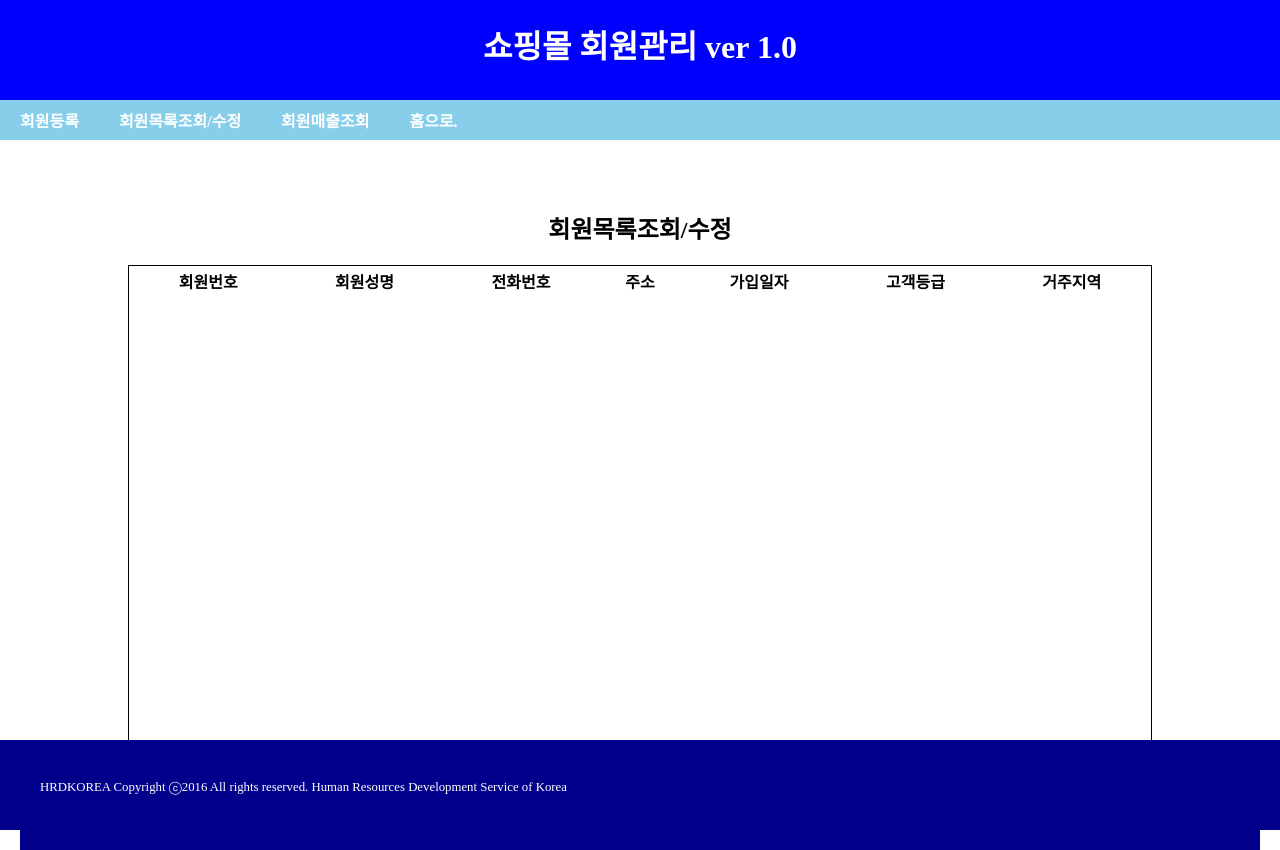
Repository: GotChun/DH_JSP
Page: http://localhost/HRD_1234/memberInfo.jsp
The author's editor kept a copy of each file at every save. The page is drawn from the files as they stood at one save, then again after the next save.
The browser window is 1280 px wide. The pictures show the whole page.
The page is served by Tomcat 9. Other server files are loaded and not shown.

Above is the page before, as saved 2024-10-25 02:15:21.

### hrdkorea/HRD_1234/src/main/webapp/memberInfo.jsp
<%@ page language="java" contentType="text/html; charset=UTF-8"
    pageEncoding="UTF-8"%>
<!DOCTYPE html>
<html>
<head>
<meta charset="UTF-8">
<title>Insert title here</title>
<style>
	body{margin:0;padding:0;}

	section{height:calc(100vh - 170px);}
</style>
</head>

<body>

<div class="wrapper">
	<%@ include file="layout/header.jsp" %>
	<section>
		<table style="width:80vw;height:500px;margin:50px auto;border:1px solid;">
			<caption><h2>회원목록조회/수정</h2></caption>
				<thead>
				<tr>
					<th>회원번호</th>
					<th>회원성명</th>
					<th>전화번호</th>
					<th>주소</th>
					<th>가입일자</th>
					<th>고객등급</th>
					<th>거주지역</th>
				</tr>
				</thead>
				<tbody></tbody>

		</table>
	</section>

	<footer>
	<%@ include file="layout/footer.jsp" %>

	</footer>
</div>


</body>
</html>

### hrdkorea/HRD_1234/src/main/webapp/layout/header.jsp
<%@ page language="java" contentType="text/html; charset=UTF-8"
	pageEncoding="UTF-8"%>
<style>
header {
	height: 100px;
	background-color: blue;
	color: white;
	display:flex;
	justify-content:center;
	text-align:center;
}
nav{height:40px;
	background-color:skyblue;}
nav>ul{
height:100%;
	list-style:none;margin:0;padding:0;
	display:flex;
	justify-content:left;
	align-items:center;}
nav>ul>li{padding:0 20px;}
nav>ul>li>a{
	display:block;
	text-decoration:none;
	color:white;
	font-weight:600;}

</style>


<header>
	<h1>쇼핑몰 회원관리 ver 1.0</h1>
</header>
<nav>
	<ul>
		<li><a href="">회원등록</a></li>
		<li><a href="">회원목록조회/수정</a></li>
		<li><a href="">회원매출조회</a></li>
		<li><a href="">홈으로.</a></li>
	</ul>
</nav>

### hrdkorea/HRD_1234/src/main/webapp/layout/footer.jsp
<%@ page language="java" contentType="text/html; charset=UTF-8"
    pageEncoding="UTF-8"%>
<style>
	footer{
		height:50px;
		padding:20px;
		background-color:darkblue;
		color:white;
		font-size:.8rem;
		}
</style>

    <footer>
    	HRDKOREA Copyright ⓒ2016 All rights reserved. Human Resources Development Service of Korea
    </footer>

After the next save:
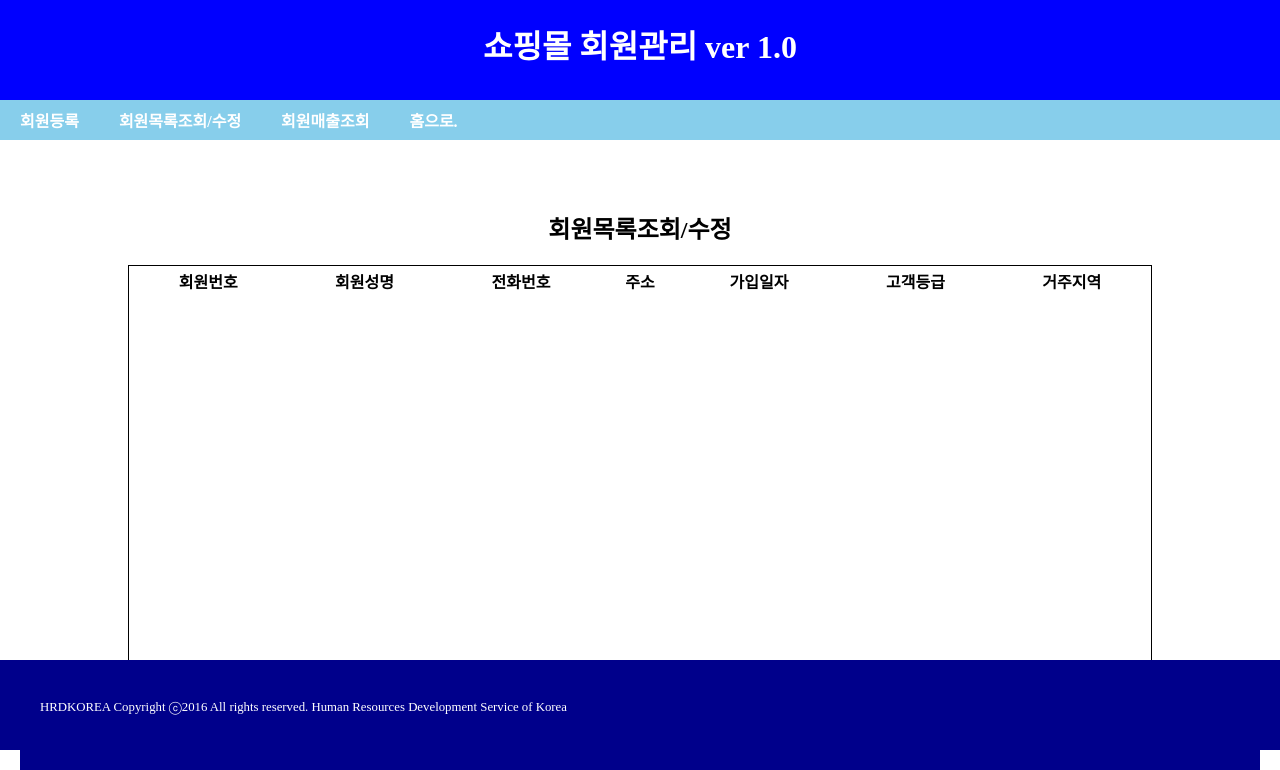
Saved 13 s later.
--- a/hrdkorea/HRD_1234/src/main/webapp/memberInfo.jsp
+++ b/hrdkorea/HRD_1234/src/main/webapp/memberInfo.jsp
@@ -8,7 +8,7 @@
 <style>
 	body{margin:0;padding:0;}
 
-	section{height:calc(100vh - 170px);}
+	section{height:calc(100vh - 250px);}
 </style>
 </head>
 
